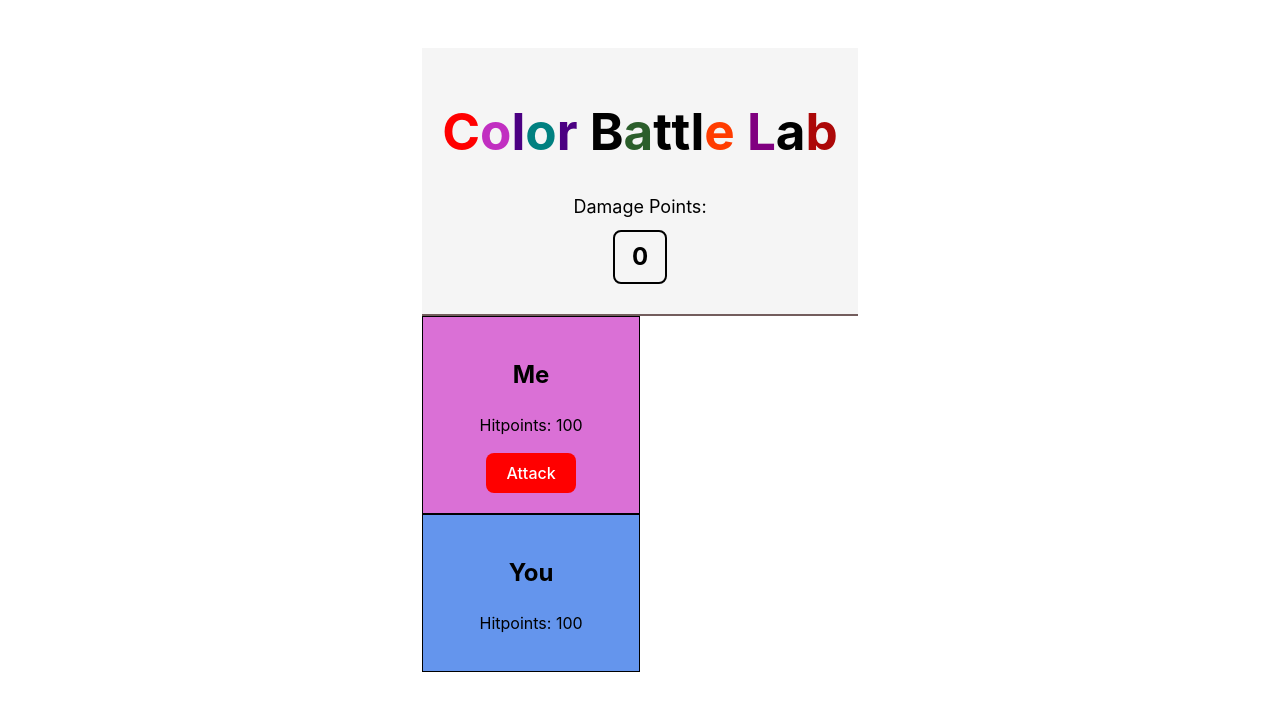
Repository: RAWdevX21/color-battle_lab-build
Page: /
An editor plug-in stored every save of this project. The page is shown before and after the next save, followed by the edit.
The browser window is 1280 px wide. The pictures show the whole page.
The project was rebuilt for these pictures with package versions that can differ from the ones it lists, and the page was loaded fresh each time. Also part of the build but not shown: vite.config.js.

Above is the page before, as saved 2023-08-17 01:54:17.

### index.html
<!doctype html>
<html lang="en">
  <head>
    <meta charset="UTF-8" />
    <link rel="icon" type="image/svg+xml" href="/vite.svg" />
    <meta name="viewport" content="width=device-width, initial-scale=1.0" />
    <title>Color Battle</title>
  </head>
  <body>
    <div id="root"></div>
    <script type="module" src="/src/main.jsx"></script>
  </body>
</html>

### src/App.jsx
import { useState } from "react";
import GameBanner from "./Components/GameBanner";
import Player from "./Components/PlayerInfo";
import "./App.css";

export default function App() {
  const [player1, setPlayer1] = useState({
    name: "Me",
    color: "orchid",
    hitpoints: 100,
    turn: true
  });

  const [player2, setPlayer2] = useState({
    name: "You",
    color: "cornflowerblue",
    hitpoints: 100,
    turn: false
  });

  const [dice, setDice] = useState(0);

  const handleAttack = (attacker, defender, setAttacker, setDefender) => {
    const damage = Math.floor(Math.random() * 6) + 1;
    setDice(damage);

    const updatedDefender = {
      ...defender,
      hitpoints: defender.hitpoints - damage
    };
    const updatedAttacker = { ...attacker, turn: false };

    setDefender(updatedDefender);
    setAttacker(updatedAttacker);

    // Switch turns
    if (attacker === player1) {
      setPlayer2({ ...player2, turn: true });
    } else {
      setPlayer1({ ...player1, turn: true });
    }

    // Check for game over
    if (updatedDefender.hitpoints <= 0) {
      alert(`${attacker.name} wins!`);
      // Reset game or any other logic you want to add
    }
  };

  return (
    <>
      <div className="wrapper">
        <GameBanner damagePoints={dice} />

        <div className="players-container">
          <div className="player-wrapper">
            <Player
              player={player1}
              onAttack={() =>
                handleAttack(player1, player2, setPlayer1, setPlayer2)
              }
            />
          </div>
          <div className="player-wrapper">
            <Player
              player={player2}
              onAttack={() =>
                handleAttack(player2, player1, setPlayer2, setPlayer1)
              }
            />
          </div>
        </div>
      </div>
    </>
  );
}

### src/index.css
:root {
  font-family: Inter, system-ui, Avenir, Helvetica, Arial, sans-serif;
  line-height: 1.5;
  font-weight: 400;

  color-scheme: light dark;
  background-color: #242424;

}

a {
  font-weight: 500;
  /* color: #646cff; */
  text-decoration: inherit;
}
a:hover {
  /* color: #535bf2; */
}

body {
  margin: 0;
  display: flex;
  place-items: center;
  min-width: 320px;
  min-height: 100vh;
}

h1 {
  font-size: 3.2em;
  line-height: 1.1;
}

button {
  border-radius: 8px;
  border: 1px solid transparent;
  padding: 0.6em 1.2em;
  font-size: 1em;
  font-weight: 500;
  font-family: inherit;
  background-color: #1a1a1a;
  cursor: pointer;
  transition: border-color 0.25s;
}
button:hover {
  border-color: #646cff;
}
button:focus,
button:focus-visible {
  outline: 4px auto -webkit-focus-ring-color;
}

@media (prefers-color-scheme: light) {
  :root {
    background-color: #ffffff;
  }
  a:hover {
    color: #747bff;
  }
  button {
    background-color: #f9f9f9;
  }
}

### src/Components/GameBanner.jsx
import './GameBanner.css';
import Die from "./Die";

const GameBanner = ({ damagePoints }) => {
    return (
      <div className="banner">
        <h1>
            <span>C</span>
            <span>o</span>
            <span>l</span>
            <span>o</span>
            <span>r</span>
            &nbsp;
            <span>B</span>
            <span>a</span>
            <span>t</span>
            <span>t</span>
            <span>l</span>
            <span>e</span>
            &nbsp;
            <span>L</span>
            <span>a</span>
            <span>b</span>
        </h1>
        <div className="damage-points">
          Damage Points: <Die value={damagePoints} />
        </div>
      </div>
    );
}

export default GameBanner;

### src/Components/PlayerInfo.jsx
import "./PlayerInfo.css";

const Player = ({ player, onAttack }) => {
  return (
    <div className="player" style={{ backgroundColor: player.color }}>
      <h2>{player.name}</h2>
      <p>Hitpoints: {player.hitpoints}</p>
      {player.turn && (
        <button className="attack-button" onClick={onAttack}>
          Attack
        </button>
      )}
    </div>
  );
};

export default Player;

### src/Components/GameBanner.css
.banner {
    text-align: center;
    padding: 20px;
    background-color: #f5f5f5;
    border-bottom: 2px solid #735d5d;
}

.damage-points {
    margin-top: 10px;
    font-size: 18px;
}

h1 span:nth-child(1) { color: red; }
h1 span:nth-child(2) { color: rgb(193, 47, 193); }
h1 span:nth-child(3) { color: indigo; }
h1 span:nth-child(4) { color: teal; }
h1 span:nth-child(5) { color: indigo; }
h1 span:nth-child(7) { color: rgb(43, 94, 43); }
h1 span:nth-child(8) { color: black; }
h1 span:nth-child(9) { color: black; }
h1 span:nth-child(10) { color: black; }
h1 span:nth-child(11) { color: rgb(255, 60, 0); }
h1 span:nth-child(12) { color: purple; }
h1 span:nth-child(14) { color: rgb(172, 8, 8); }
h1 span:nth-child(15) { color: rgb(8, 80, 8); }
h1 span:nth-child(16) { color: rgb(17, 250, 1); }

### src/Components/Die.jsx
import "./Die.css";

const Die = ({ value }) => {
  return <div className="die-container">{value}</div>;
};

export default Die;

### src/Components/PlayerInfo.css
.player {
    padding: 20px;
    border: 1px solid black;
    width: 50%;
    box-sizing: border-box;
    background-color: #f5f5f5;
}

.attack-button {
    padding: 10px 20px;
    background-color: red;
    color: white;
    border: none;
    cursor: pointer;
}

### src/Components/Die.css
.die {
    text-align: center;
    font-size: 20px;
    margin-top: 20px;
}

.die-container {
    width: 50px;
    height: 50px;
    border: 2px solid black;
    border-radius: 8px;
    display: flex;
    align-items: center;
    justify-content: center;
    font-size: 24px;
    font-weight: bold;
    margin: 10px auto;
}

Loaded but not shown: src/main.jsx (common file); src/App.css (common file)

After the next save:
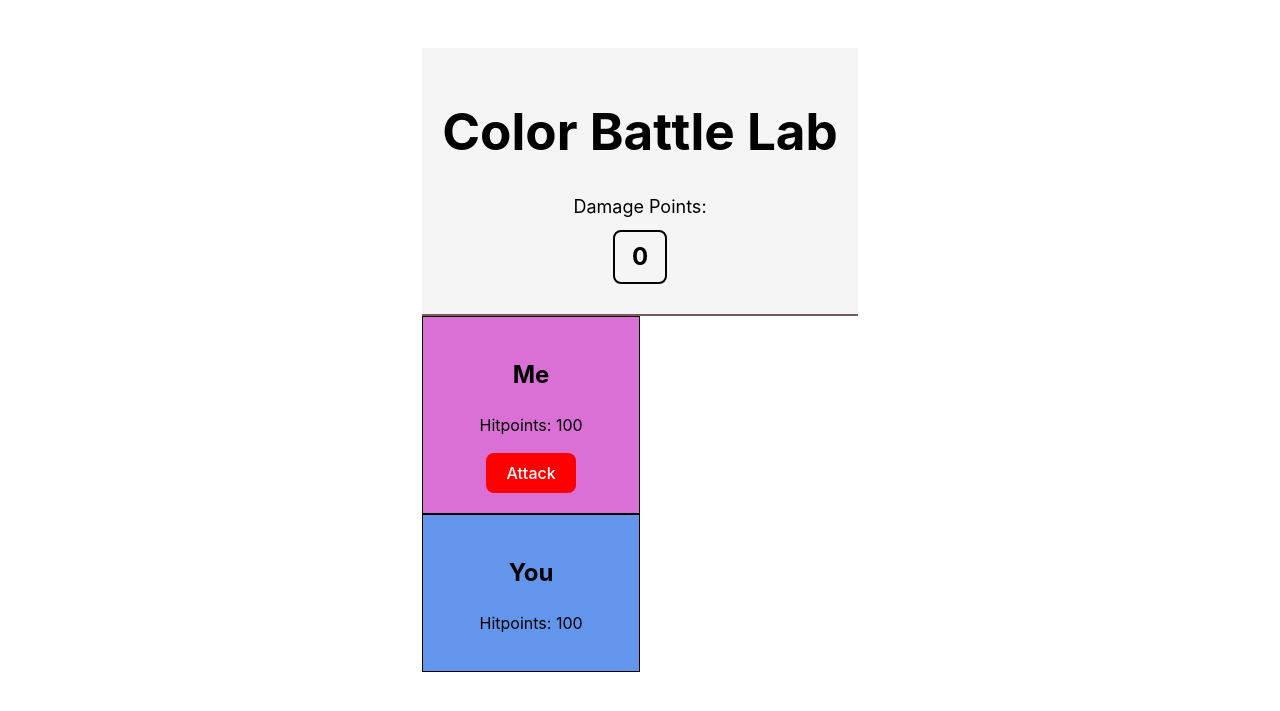
Saved 9 min 48 s later.
--- a/src/Components/GameBanner.css
+++ b/src/Components/GameBanner.css
@@ -10,17 +10,16 @@
     font-size: 18px;
 }
 
-h1 span:nth-child(1) { color: red; }
-h1 span:nth-child(2) { color: rgb(193, 47, 193); }
-h1 span:nth-child(3) { color: indigo; }
-h1 span:nth-child(4) { color: teal; }
-h1 span:nth-child(5) { color: indigo; }
-h1 span:nth-child(7) { color: rgb(43, 94, 43); }
-h1 span:nth-child(8) { color: black; }
-h1 span:nth-child(9) { color: black; }
-h1 span:nth-child(10) { color: black; }
-h1 span:nth-child(11) { color: rgb(255, 60, 0); }
-h1 span:nth-child(12) { color: purple; }
-h1 span:nth-child(14) { color: rgb(172, 8, 8); }
-h1 span:nth-child(15) { color: rgb(8, 80, 8); }
-h1 span:nth-child(16) { color: rgb(17, 250, 1); }
+h1 span .banner--c { color: red; }
+h1 span .banner--o { color: rgb(193, 47, 193); }
+h1 span .banner--l { color: rgb(60, 1, 38); }
+h1 span .banner--o2 { color: teal; }
+h1 span .banner--r { color: rgb(62, 5, 131); }
+h1 span .banner--b { color: rgb(43, 94, 43); }
+h1 span .banner--a { color: orange; }
+h1 span .banner--t { color: black; }
+h1 span .banner--l2 { color: rgb(255, 60, 0); }
+h1 span .banner--e { color: purple; }
+h1 span .banner--l3 { color: rgb(172, 8, 8); }
+h1 span .banner--a2 { color: rgb(8, 80, 8); }
+h1 span .banner--b2 { color: rgb(17, 250, 1); }
